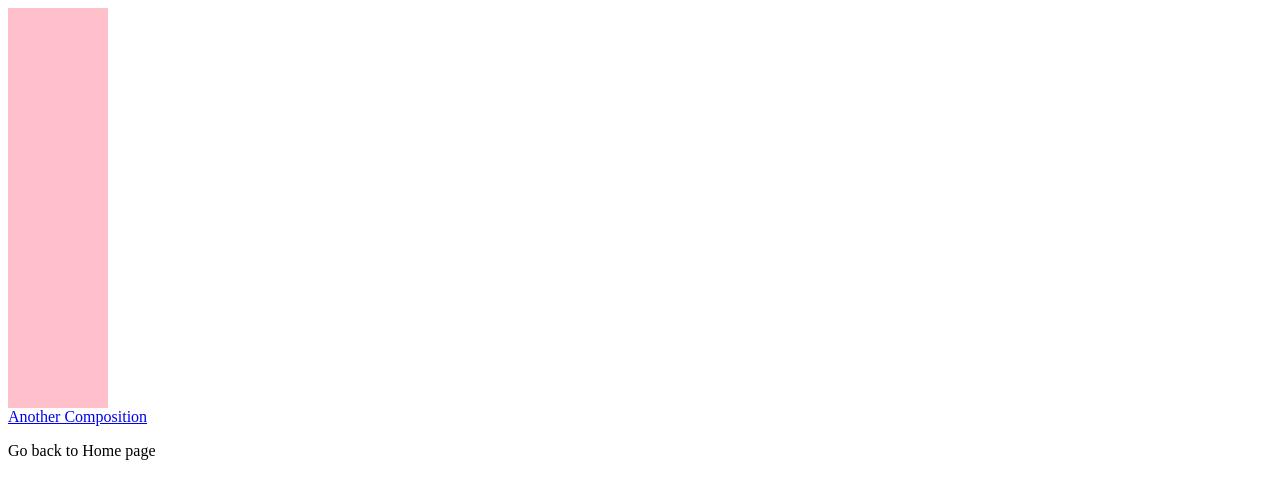
Repository: hyereechoi/hyereechoi.github.io
Page: page2.html
The author's editor kept a record of every edit. The page is drawn from the files as they stood at one moment, then again after the next edit.
The browser window is 1280 px wide. The pictures show the whole page.

Above is the page before.

After the next edit:
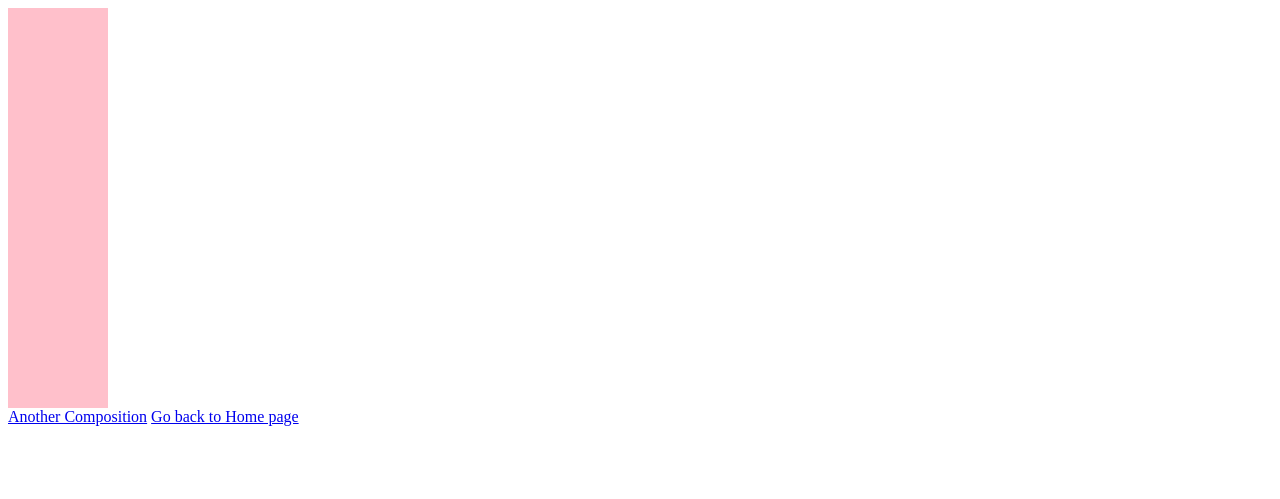
The edit:
--- a/page2.html
+++ b/page2.html
@@ -93,8 +93,7 @@
 <div></div>
 
 <a href="page4.html">Another Composition</a>
-
-<p href="index.html">Go back to Home page</p>
+<a href="index.html">Go back to Home page</a>
 
 
 </body>
